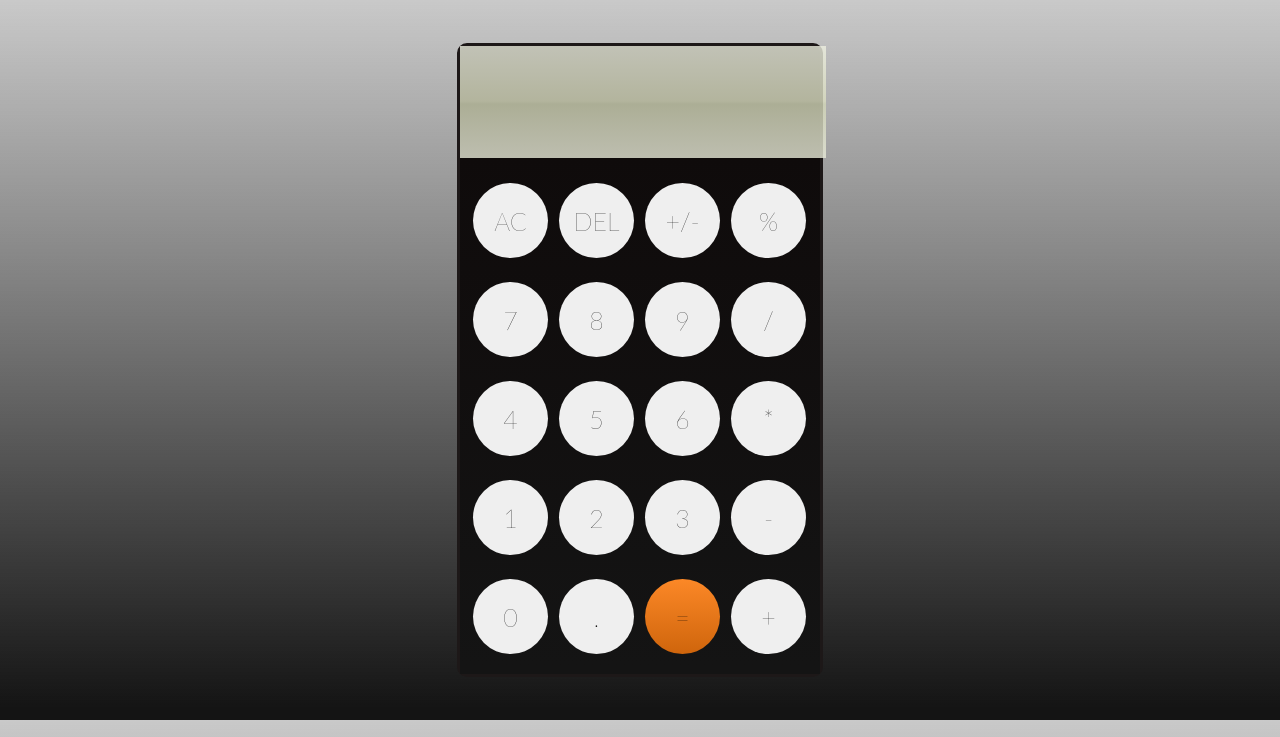
Repository: MhlengiNgubane/BrainnestJsTwo
Page: index.html
An editor plug-in stored every save of this project. The page is shown before and after a run of saves, followed by the edit.
The browser window is 1280 px wide. The pictures show the whole page.

Above is the page before, as saved 2022-09-12 09:29:06.

### index.html
<!DOCTYPE html>
<html lang="en">
<head>
    <meta charset="UTF-8">
    <meta http-equiv="X-UA-Compatible" content="IE=edge">
    <meta name="viewport" content="width=device-width, initial-scale=1.0">
    <title>CALCULATOR</title>

    <link rel="stylesheet" href="style.css">
</head>
    <body>
        <div class="wrapper">
            <div class="container">
                <div class="display">
                    <input type="text" class="input" value="" disabled />
                </div>
                <div class="buttons">
                    <button value="AC" class="brown clear">AC</button>
                    <button value="DEL" class="brown delete">DEL</button>
                    <button value="+/-" class="brown plusMinus">+/-</button>
                    <button value="%" class="brown percent">%</button>

                    <button value="7" class="number">7</button>
                    <button value="8" class="number">8</button>
                    <button value="9" class="number">9</button>
                    <button value="/" class="brown operator">/</button>

                    <button value="4" class="number">4</button>
                    <button value="5" class="number">5</button>
                    <button value="6" class="number">6</button>
                    <button value="*" class="brown operator">*</button>

                    <button value="1" class="number">1</button>
                    <button value="2" class="number">2</button>
                    <button value="3" class="number">3</button>
                    <button value="-" class="brown operator">-</button>

                    <button value="0" class="zero number">0</button>
                    <button value="." class="decimal">.</button>
                    <button value="=" class="equal operator">=</button>
                    <button value="+" class="brown operator">+</button>
                </div>
            </div>
        </div>
        <script src="App.js"></script>
    </body>
</html>

### style.css
* {
    border: 0;
    margin: 0;
    padding: 0;
    font-family: 'lato';
    font-weight: 100;
}

body{
    font-family: 'Roboto';
    font-weight: 400;
    background: linear-gradient(360deg, #141414 1.56%, rgba(0, 0, 0, 0.21) 100%);
    width: 100%;
    height: 100vh;
    display: flex;
    flex-direction: column;
    align-items: center;
    justify-content: center;
}



.container{
    align-items: center;
    margin: auto;
    margin-top: 60px;
    width: 360px;
    border: 20px;
    border: 3px solid #1d1818;
    background-color: #130e0e;
    border-radius: 10px;
    margin-bottom: 60px;
}

.input{
    background: linear-gradient(360deg, #E8EAD8 0%, #D2D6B7 48.12%, #DBDEC1 50.76%, #EDEFE0 100%);
    width: 94%;
    min-height: 65px;
    padding: 0 14px;
    text-align:  end;
    font-size: 48px;
    line-height: 112px;
    display: flex;
    align-items: center;
    justify-content: end;
    color: #000000;
    opacity: 0.8;
    outline: none;
    border: none;
}

.buttons{
    display: grid;
    grid-template-columns: repeat(4, 1fr);
    row-gap: 10px;
    column-gap: 10px;
    background: linear-gradient(360deg, #141414 1.56%, rgba(0, 0, 0, 0.21) 100%);
    padding: 18px 13px 13px 13px;
}

button{
    border: 1;
    outline: none;
    height: 75px;
    width: 75px;
    border-radius: 70px;
    text-align: center;
    margin-top: 7px;
    margin-bottom: 7px;
    font-size: 25px;
}

.grey{
    background: linear-gradient(180deg, #7F878C 0%, #4C5154 100%);
}


.equal{
    background: linear-gradient(180deg, #FC8827 0%, #CF650C 100%);
}

@media(max-width: 430px){
    .wrapper{
        width: 100%;
        height: 100%;
        border-radius: 0;
    }

    .buttons{
        row-gap: 5px;
        column-gap: 5px;
        background: linear-gradient(360deg, #141414 1.56%, rgba(0, 0, 0, 0.21) 100%);
        padding: 18px 13px 13px 13px;
    }


}

### App.js
/* Add two numbers */
function add(firstNumber, secondNumber){
  return firstNumber + secondNumber;
}
/* subtract two numbers */
function subtract(firstNumber, secondNumber){
  return firstNumber - secondNumber;
}
/* multiply two numbers */
function multiply(firstNumber, secondNumber){
  return firstNumber * secondNumber;
}
/* divide two numbers */
function divide(firstNumber, secondNumber){
  return firstNumber / secondNumber;
}
/* Make the operations */
function operate(operator, firstNumber, secondNumber){
  if(operator === '+'){
      return add(firstNumber, secondNumber);
  }
  else if(operator === '-'){
      return subtract(firstNumber, secondNumber);
  }
  else if(operator === '*'){
      return multiply(firstNumber, secondNumber);
  }
  else if(operator === '/'){
      return divide(firstNumber, secondNumber);
  }
  return secondNumber;
}

const display = document.querySelector('.display');

const calculator = {
  displayValue: '0',
  firstNumber: null,
  operator: null,
  secondNumber: false,
};

function clear() {
  calculator.displayValue = '0';
  calculator.firstNumber = null;
  calculator.operator = null;
  calculator.secondNumber = false;
}

function updateDisplay() {
  display.value = calculator.displayValue;
}

const buttons = document.querySelector('.buttons');
buttons.addEventListener('click', (e) => {
const target = e.target;

  if (!target.matches('button')) {
      return;
  }

  if (target.classList.contains('clear')) {
      clear();
      updateDisplay();
      return;
  }

  if (target.classList.contains('delete')) {
      undo();
      return;
  }

  if (target.classList.contains('plusMinus')) {
      plusMinus();
      return;
  }

  if (target.classList.contains('percent')) {
      percentage();
      return;
  }

  if (target.classList.contains('decimal')) {
      decimal(target.value);
      updateDisplay();
      return;
  }

  if (target.classList.contains('operator')) {
      calculate(target.value);
      updateDisplay();
      return;
  }

      displayNumber(target.value);
      updateDisplay();
});

function undo(){
  display.value = display.value.slice(0, -1);
  calculator.displayValue = display.value;
}

function plusMinus(){
  let displayPlusMinus = calculator.displayValue;
  if(displayPlusMinus >= 0){
      display.value = '-' + displayPlusMinus;
  }
  calculator.displayValue = display.value;
}

function percentage(){
  let displayPercent = calculator.displayValue;
  if(displayPercent != 0){
      display.value = displayPercent / 100;
  }
 calculator.displayValue = display.value;
}

function decimal(dot) {
  if (calculator.secondNumber === true) {
      calculator.displayValue = '0.'
      calculator.secondNumber = false;
      return
  }
  if (!calculator.displayValue.includes(dot)) {
      calculator.displayValue += dot;
  }
}

function displayNumber(number) {
  let displayValue = calculator.displayValue;
  const secondNumber = calculator.secondNumber;

  if (secondNumber === true) {
      calculator.displayValue = number;
      calculator.secondNumber = false;
  }
  else if(displayValue === '0'){
      calculator.displayValue = number;
  }
  else{
      calculator.displayValue = displayValue + number;
  }
}

function calculate(inputOperator) {
  const firstNumber = calculator.firstNumber;
  const displayValue = calculator.displayValue;
  const operator  = calculator.operator;

  const inputValue = parseFloat(displayValue);

  if (operator && calculator.secondNumber)  {
      calculator.operator = inputOperator;
      return;
    }

  if (firstNumber == null) {
      calculator.firstNumber = inputValue;

  } else if (operator) {
      const result = operate(operator, firstNumber, inputValue);
      calculator.displayValue = `${parseFloat(result.toFixed(6))}`;
      calculator.firstNumber = result;
  }
  calculator.secondNumber = true;
  calculator.operator = inputOperator;
  console.log(calculator);
}

After the next 3 saves:
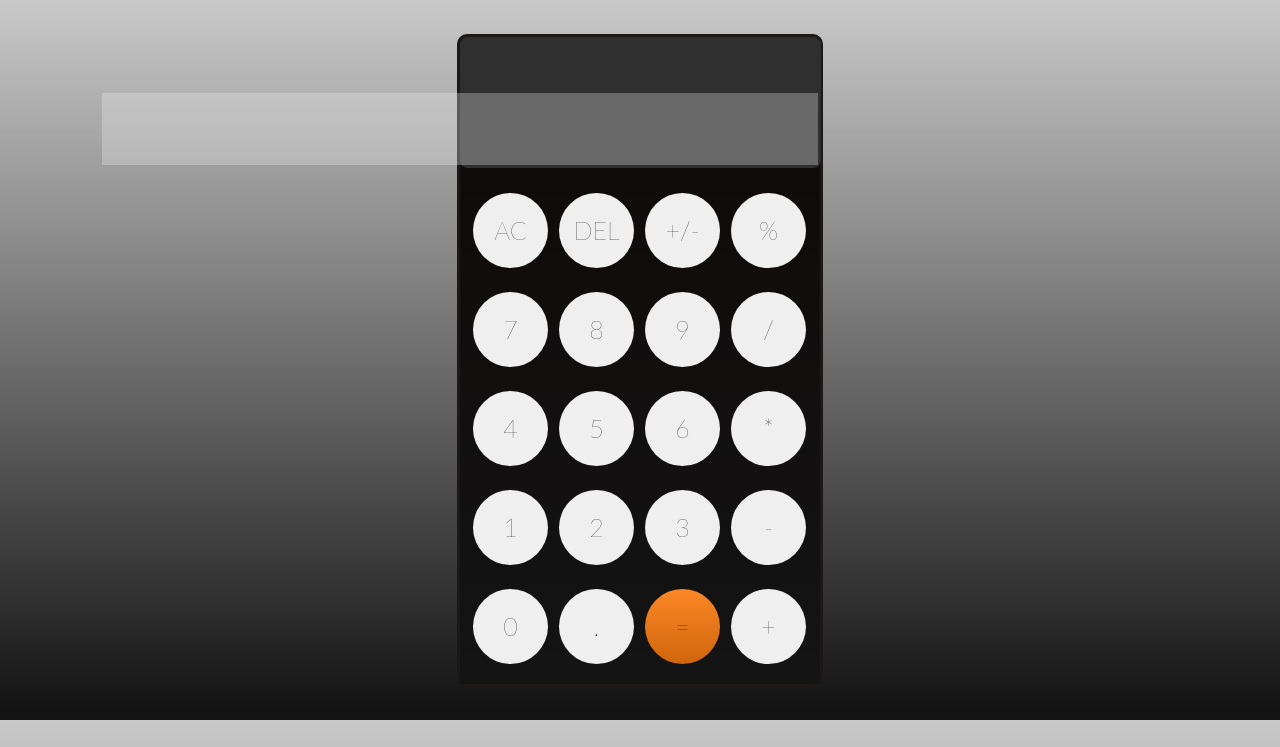
The 3 saves are shown as one change because they came seconds apart.
The last was saved 40 s later.
--- a/style.css
+++ b/style.css
@@ -32,21 +32,22 @@
     margin-bottom: 60px;
 }
 
-.input{
-    background: linear-gradient(360deg, #E8EAD8 0%, #D2D6B7 48.12%, #DBDEC1 50.76%, #EDEFE0 100%);
-    width: 94%;
-    min-height: 65px;
-    padding: 0 14px;
-    text-align:  end;
-    font-size: 48px;
-    line-height: 112px;
-    display: flex;
-    align-items: center;
-    justify-content: end;
-    color: #000000;
-    opacity: 0.8;
-    outline: none;
-    border: none;
+.display {
+    position: relative;
+    width: 355px;
+    height: 125px;
+    border: 3px solid #2f2f2f;
+    text-align: right;
+    border-radius: 8px;
+    background-color: #2f2f2f;
+    color: #fff;
+}
+
+.input {
+    position: absolute;
+    bottom:0;
+    right:0;
+    font-size: 60px;
 }
 
 .buttons{
